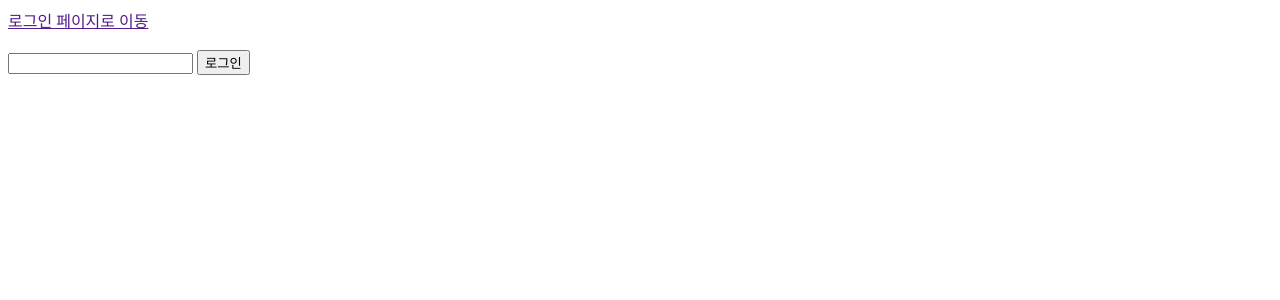
Repository: jeonjin8640/intellij
Page: http://localhost/servlet01/home.jsp
These files come from the project's save history. The page is drawn as it stood at one moment and after the next save; the edit follows.
The browser window is 1280 px wide. The pictures show the whole page.
The page is served by Tomcat 9.

Above is the page before, as saved 2024-01-04 02:04:19.

After the next save:
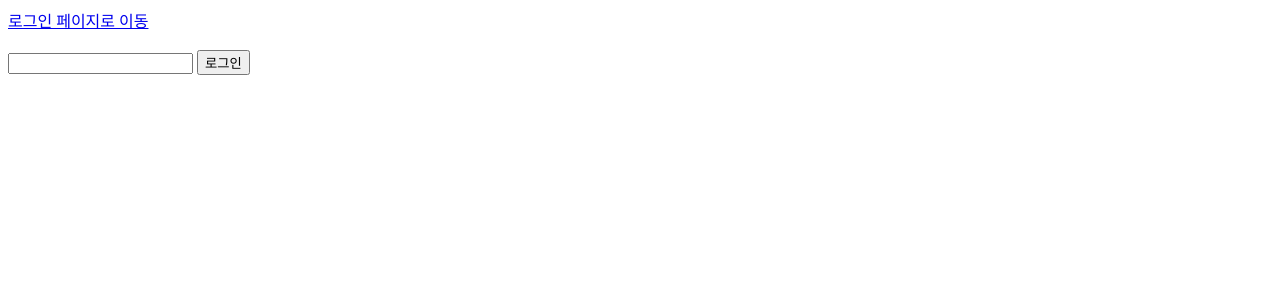
Saved 70 s later.
--- a/source/servlet01/src/main/webapp/home.jsp
+++ b/source/servlet01/src/main/webapp/home.jsp
@@ -7,11 +7,11 @@
 <title>Insert title here</title>
 </head>
 <body>
-<a href="">로그인 페이지로 이동</a>
+<a href="/servlet01/login">로그인 페이지로 이동</a>
 <br />
 <br />
 
-<form method="post" action="">
+<form method="post" action="/servlet01/login">
 	<input type="text" name="userid">
 	<input type="submit" value="로그인">
 </form>
